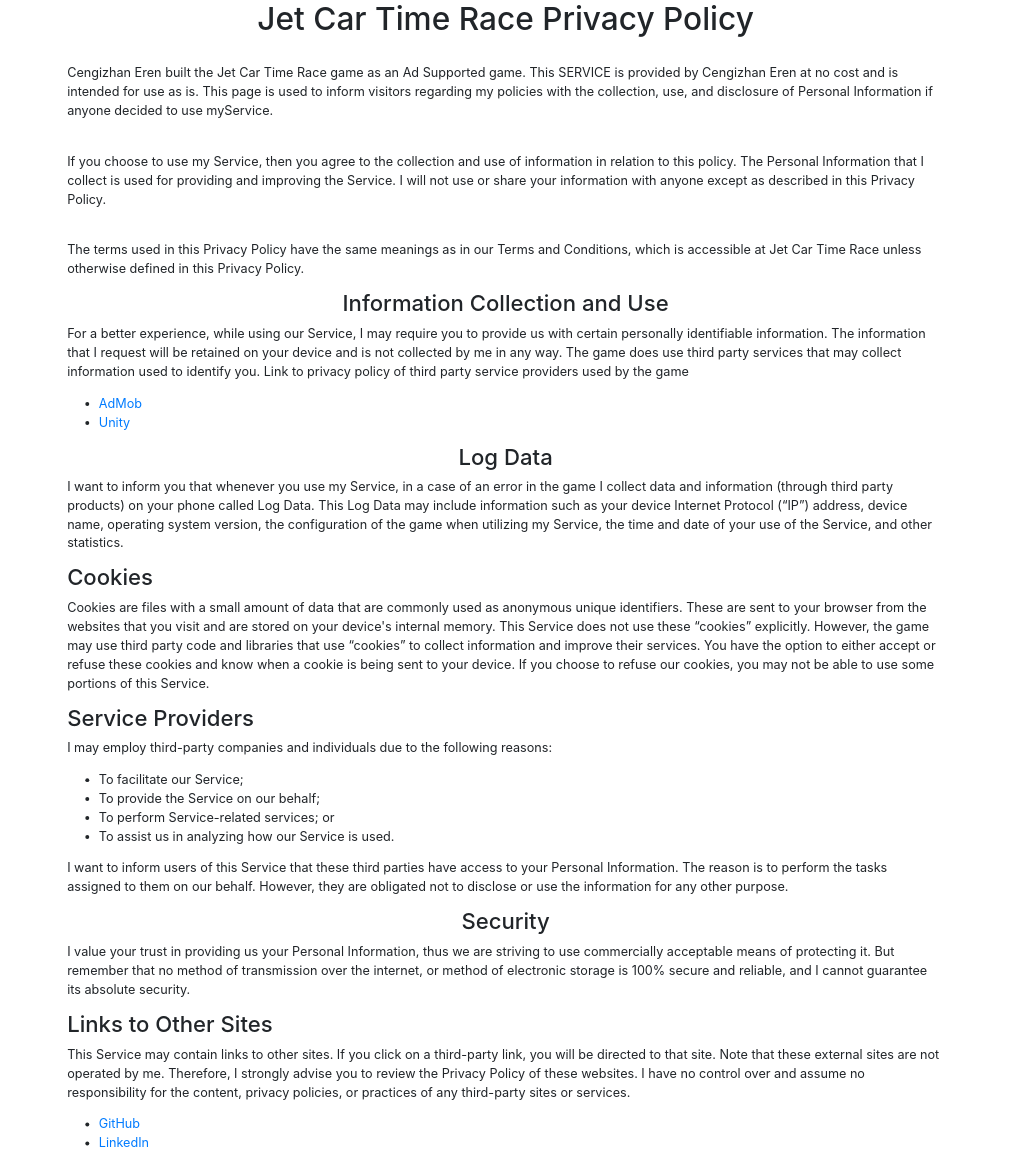
Repository: CengoCengo/cengocengo.github.io
Page: jetcartimeraceprivacypolicy.html
The author's editor kept a copy of each file at every save. The page is drawn from the files as they stood at one save, then again after the next save.
The browser window is 1280 px wide. The pictures show the whole page, at 79% of full size.

Above is the page before, as saved 2022-10-11 14:48:56.

After the next save:
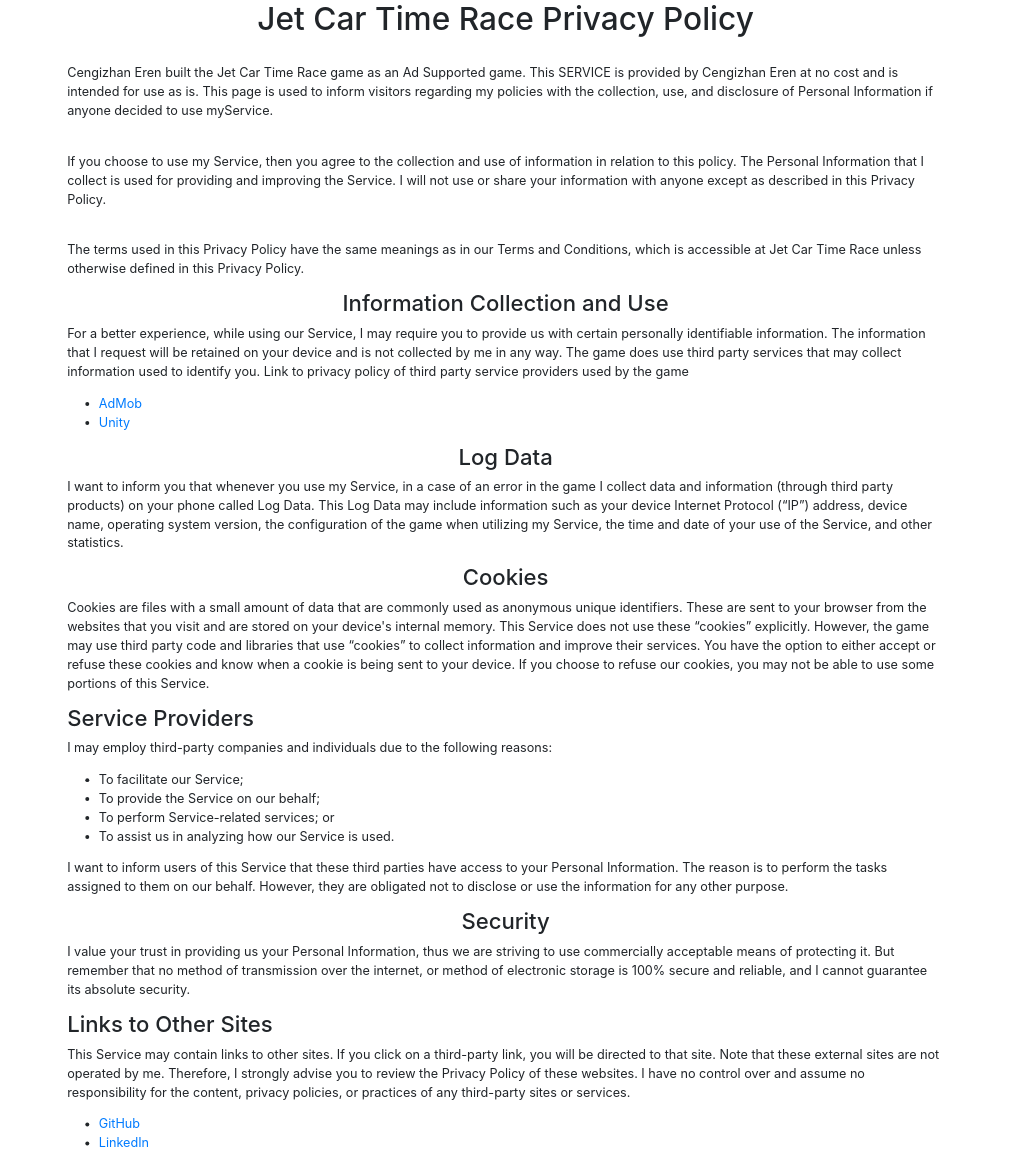
Saved 10 s later.
--- a/jetcartimeraceprivacypolicy.html
+++ b/jetcartimeraceprivacypolicy.html
@@ -66,7 +66,7 @@
 system version, the configuration of the game when utilizing my Service, the time and date of your use of the Service, and other statistics.
                         </p>
 
-                        <h3>Cookies</h3>
+                        <h3 class="text-center">Cookies</h3>
                         <p>
                             Cookies are files with a small amount of data that are commonly used as anonymous unique identifiers. These are sent to your browser from the
 websites that you visit and are stored on your device's internal memory.
